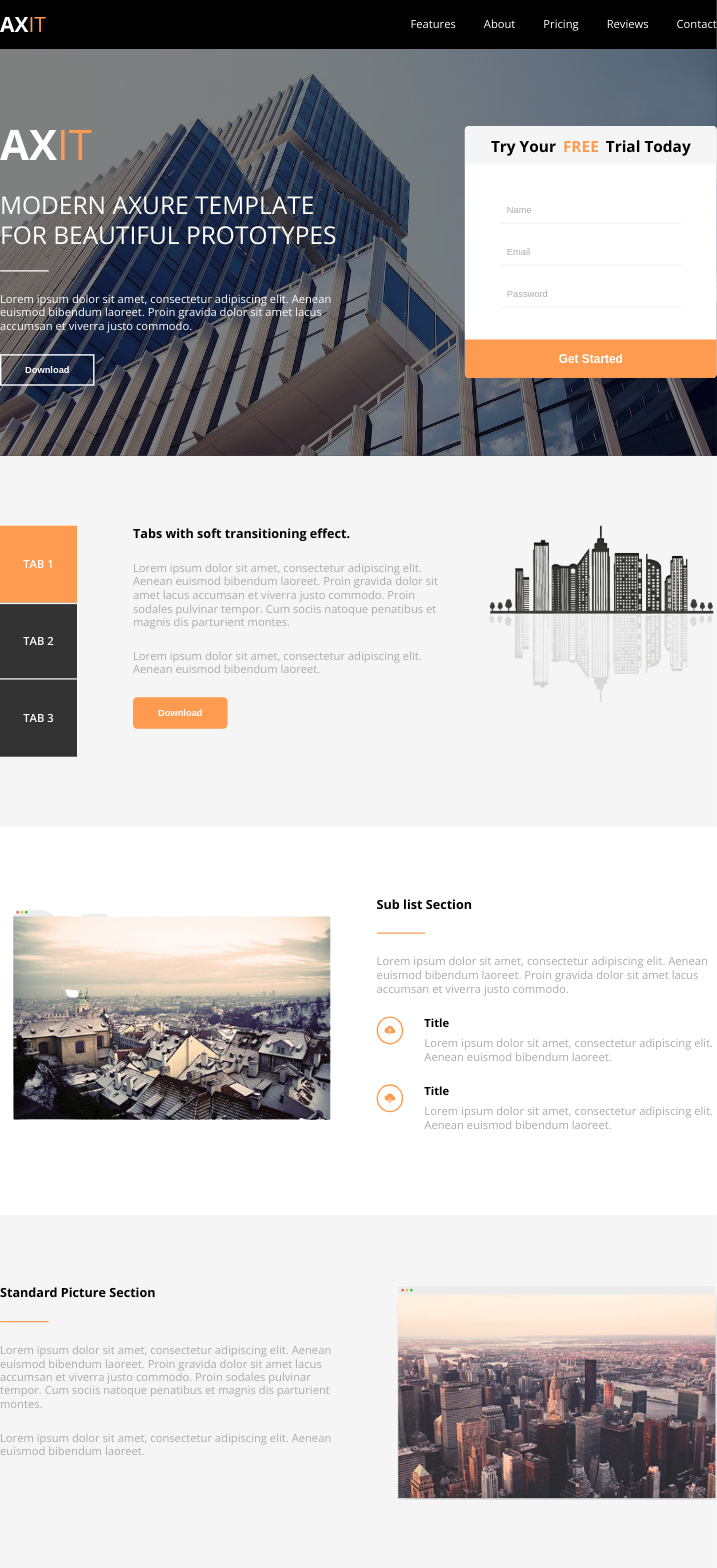
Repository: dinhtri123/axureThems
Page: index.html
An editor plug-in stored every save of this project. The page is shown before and after a run of saves, followed by the edit.
The browser window is 1024 px wide. The pictures show the part of the page from y = 0 to 2240 px (the page is 3894 px tall before and 2595 px after), at 70% of full size.

Above is the page before, as saved 2023-02-11 19:01:45.

### index.html
<!DOCTYPE html>
<html lang="en">
  <head>
    <meta charset="UTF-8" />
    <meta http-equiv="X-UA-Compatible" content="IE=edge" />
    <meta name="viewport" content="width=device-width, initial-scale=1.0" />
    <title>Axure Themes</title>
    <script
      type="module"
      src="https://unpkg.com/ionicons@5.5.2/dist/ionicons/ionicons.esm.js"
    ></script>
    <script
      nomodule
      src="https://unpkg.com/ionicons@5.5.2/dist/ionicons/ionicons.js"
    ></script>
    <link rel="stylesheet" href="style.css" />
  </head>
  <body>
    <header>
      <div class="container headerMain">
        <a href="index.html" class="logo">
          <span>AX</span>
          <span>IT</span>
        </a>
        <nav>
          <ul>
            <li><a href="#">Features</a></li>
            <li><a href="#">About</a></li>
            <li><a href="#">Pricing</a></li>
            <li><a href="#">Reviews</a></li>
            <li><a href="#">Contact</a></li>
          </ul>
        </nav>
      </div>
    </header>
    <div class="banner">
      <div class="imageBanner">
        <img src="./image/banner.jpeg" alt="" />
      </div>
      <div class="container bannerMain">
        <div class="bannerLeft">
          <a href="index.html" class="logo logoBanner">
            <span>AX</span>
            <span>IT</span>
          </a>
          <h3>MODERN AXURE TEMPLATE FOR BEAUTIFUL PROTOTYPES</h3>
          <span class="line"></span>
          <p>
            Lorem ipsum dolor sit amet, consectetur adipiscing elit. Aenean
            euismod bibendum laoreet. Proin gravida dolor sit amet lacus
            accumsan et viverra justo commodo.
          </p>
          <button class="btn">Download</button>
        </div>
        <div class="bannerRight">
          <form autocomplete="off" class="formBanner">
            <h3>Try Your <span>FREE</span> Trial Today</h3>
            <div class="inputForm">
              <input type="text" name="name" id="name" placeholder="Name" />
              <input type="email" name="email" id="email" placeholder="Email" />
              <input
                type="password"
                name="password"
                id="password"
                placeholder="Password"
              />
            </div>
            <button class="btnForm">Get Started</button>
          </form>
        </div>
      </div>
    </div>
    <main>
      <div class="mainTabs">
        <div class="container mainTabsContent">
          <div class="tabsLeft">
            <div class="tabsNumber">
              <span class="tabs active" onclick="showTab(event,'tab1')">TAB 1</span>
              <span class="tabs" onclick="showTab(event,'tab2')">TAB 2</span>
              <span class="tabs" onclick="showTab(event,'tab3')">TAB 3</span>
            </div>
            <div class="tabsContent" id="tab1">
              <h3>Tabs with soft transitioning effect.</h3>
              <p>
                Lorem ipsum dolor sit amet, consectetur adipiscing elit. Aenean
                euismod bibendum laoreet. Proin gravida dolor sit amet lacus
                accumsan et viverra justo commodo. Proin sodales pulvinar
                tempor. Cum sociis natoque penatibus et magnis dis parturient
                montes.
              </p>
              <p>
                Lorem ipsum dolor sit amet, consectetur adipiscing elit. Aenean
                euismod bibendum laoreet.
              </p>
              <button class="btn btnTabs">Download</button>
            </div>
            <div class="tabsContent" id="tab2">
                <h3>Tabs 2 with soft transitioning effect.</h3>
                <p>
                  Lorem ipsum dolor sit amet, consectetur adipiscing elit. Aenean
                  euismod bibendum laoreet. Proin gravida dolor sit amet lacus
                  accumsan et viverra justo commodo. Proin sodales pulvinar
                  tempor. Cum sociis natoque penatibus et magnis dis parturient
                  montes.
                </p>
                <p>
                  Lorem ipsum dolor sit amet, consectetur adipiscing elit. Aenean
                  euismod bibendum laoreet.
                </p>
                <button class="btn btnTabs">Download</button>
              </div>
              <div class="tabsContent" id="tab3">
                <h3>Tabs 3 with soft transitioning effect.</h3>
                <p>
                  Lorem ipsum dolor sit amet, consectetur adipiscing elit. Aenean
                  euismod bibendum laoreet. Proin gravida dolor sit amet lacus
                  accumsan et viverra justo commodo. Proin sodales pulvinar
                  tempor. Cum sociis natoque penatibus et magnis dis parturient
                  montes.
                </p>
                <p>
                  Lorem ipsum dolor sit amet, consectetur adipiscing elit. Aenean
                  euismod bibendum laoreet.
                </p>
                <button class="btn btnTabs">Download</button>
              </div>
          </div>
          <div class="tabsRight">
            <img src="./image/img.png" alt="" />
          </div>
        </div>
      </div>
      <div class="mainSublist">
        <div class="container sublistMain">
          <div class="subLeft">
            <img src="./image/img2.png" alt="" />
          </div>
          <div class="subRight">
            <h3>Sub list Section</h3>
            <span class="line lineSub"></span>
            <p>
              Lorem ipsum dolor sit amet, consectetur adipiscing elit. Aenean
              euismod bibendum laoreet. Proin gravida dolor sit amet lacus
              accumsan et viverra justo commodo.
            </p>
            <div class="subDesc">
              <div class="icon">
                <ion-icon name="cloud-upload"></ion-icon>
              </div>
              <div class="subDescItem">
                <h4>Title</h4>
                <p>
                  Lorem ipsum dolor sit amet, consectetur adipiscing elit.
                  Aenean euismod bibendum laoreet.
                </p>
              </div>
            </div>
            <div class="subDesc">
              <div class="icon">
                <ion-icon name="cloud-download"></ion-icon>
              </div>
              <div class="subDescItem">
                <h4>Title</h4>
                <p>
                  Lorem ipsum dolor sit amet, consectetur adipiscing elit.
                  Aenean euismod bibendum laoreet.
                </p>
              </div>
            </div>
          </div>
        </div>
      </div>
      <div class="mainSection">
        <div class="container sectionContent">
          <div class="sectionLeft">
            <h3>Standard Picture Section</h3>
            <span class="line sectionLine"></span>
            <p>
              Lorem ipsum dolor sit amet, consectetur adipiscing elit. Aenean
              euismod bibendum laoreet. Proin gravida dolor sit amet lacus
              accumsan et viverra justo commodo. Proin sodales pulvinar tempor.
              Cum sociis natoque penatibus et magnis dis parturient montes.
            </p>
            <p>
              Lorem ipsum dolor sit amet, consectetur adipiscing elit. Aenean
              euismod bibendum laoreet.
            </p>
          </div>
          <div class="sectionRight">
            <img src="./image/img4.jpg" alt="" />
          </div>
        </div>
      </div>
      <div class="mainAwesome">
        <div class="container awesomeContent">
          <h2>WHY THIS IS AWESOME</h2>
          <span class="line lineSub"></span>
          <p>Lorem ipsum dolor sit amet, consectetur adipiscing elit.</p>
          <div class="awesomeItems">
            <div class="awesomeCard">
              <div class="icon iconAwesome">
                <ion-icon name="sunny"></ion-icon>
              </div>
              <h3>Thoughtfull Design</h3>
              <p>
                Lorem ipsum dolor sit amet, consectetur adipiscing elit. Aenean
                euismod bibendum laoreet. Proin gravida dolor sit amet lacus
                accumsan et viverra.
              </p>
            </div>
            <div class="awesomeCard">
              <div class="icon iconAwesome">
                <ion-icon name="radio"></ion-icon>
              </div>
              <h3>Well Carfted</h3>
              <p>
                Lorem ipsum dolor sit amet, consectetur adipiscing elit. Aenean
                euismod bibendum laoreet. Proin gravida dolor sit amet lacus
                accumsan et viverra.
              </p>
            </div>
            <div class="awesomeCard">
              <div class="icon iconAwesome">
                <ion-icon name="flash"></ion-icon>
              </div>
              <h3>Easy to Customer</h3>
              <p>
                Lorem ipsum dolor sit amet, consectetur adipiscing elit. Aenean
                euismod bibendum laoreet. Proin gravida dolor sit amet lacus
                accumsan et viverra.
              </p>
            </div>
          </div>
        </div>
      </div>
      <div class="mainStylish">
        <div class="stylishBanner">
          <img src="./image/banner12.jpeg" alt="" />
        </div>
        <div class="container stylishContent">
          <h2 class="stylishTitle">STYLISH AXURE DESIGN</h2>
          <span class="line"></span>
          <p>Use the sections you need, remove the ones you don't.  Create gorgeous prototypes faster than ever!</p>
          <button class="btn">Download</button>
        </div>
      </div>
      <div class="mainContact">
        <div class="container contactContent">
            <h2>CONTACT US</h2>
            <span class="line lineSub"></span>
            <p>Lorem ipsum dolor sit amet, consectetur adipiscing elit.</p>
            <div class="contactForm">
                <div class="contactLeft">

                    <input type="text" name="name" id="name" placeholder="Name" />
                  <input type="email" name="email" id="email" placeholder="Email" />
                  <input
                    type="text"
                    name="subject"
                    id="subject"
                    placeholder="Subject"
                  />
                </div>
                <div class="contactRight">
                    <textarea name="message" id="message" placeholder="Message"></textarea>
                </div>
            </div>
            <button class="btn btnContact">Send Message</button>
        </div>
      </div>
    </main>
    <footer>
            <div class="container footerMain">
                <div class="iconSocial">
                <ion-icon name="logo-facebook"></ion-icon>
                <ion-icon name="logo-twitter"></ion-icon>
                <ion-icon name="logo-google"></ion-icon>
                <ion-icon name="logo-pinterest"></ion-icon>
                <ion-icon name="logo-instagram"></ion-icon>
                <ion-icon name="logo-rss"></ion-icon>
                </div>
                <p>@2021 Axure Themes</p>
            </div>
    </footer>
  </body>
  <script src="./index.js"></script>
</html>

### style.css
@import url("https://fonts.googleapis.com/css2?family=Open+Sans:wght@400;500;600;700&display=swap");
* {
  margin: 0;
  padding: 0;
  box-sizing: border-box;
  scroll-behavior: smooth;
}
:root {
  --bg-black: #000;
  --bg-white: #fff;
  --bg-orange: #ff9b51;
  --bg-light: #f5f5f5;
  --bg-gray: #dfdfdf;
  --bg-text: #a9aaac;
}
body {
  font-family: "Open Sans", sans-serif;
  font-weight: 400;
  font-size: 16px;
  line-height: 1.2;
  width: 100%;
  max-height: 100vh;
  height: 100%;
  color: var(--bg-white);
}
button,
a,
input {
  cursor: pointer;
  text-decoration: none;
  border: none;
  outline: none;
}
.container {
  max-width: 1100px;
  width: 100%;
  height: 100%;
  margin: 0px auto;
}

header {
  width: 100%;
  height: 70px;
  background: var(--bg-black);
}
.headerMain {
  display: flex;
  justify-content: space-between;
  align-items: center;
}
.logo {
  display: flex;
  text-decoration: none;
  font-size: 30px;
}
.logo span:first-child {
  font-weight: 700;
  color: var(--bg-white);
}
.logo span:last-child {
  font-weight: 400;
  color: var(--bg-orange);
}
nav ul {
  display: flex;
  align-items: center;
  gap: 40px;
  list-style: none;
}
nav ul li a {
  text-decoration: none;
  color: var(--bg-white);
}

/* --------------------- */

/* --------BANNER------------ */

.banner {
  width: 100%;
  background: var(--bg-black);
  position: relative;
}
.imageBanner {
  position: absolute;
  inset: 0;
  width: 100%;
  height: 100%;
  z-index: 0;
  filter: brightness(0.5);
}
.imageBanner img {
  width: 100%;
  height: 100%;
  object-fit: cover;
}
.bannerMain {
  padding: 100px 0px;
  display: grid;
  grid-template-columns: repeat(2, 1fr);
  gap: 50px;
  z-index: 10;
  isolation: isolate;
}
.bannerLeft {
  display: flex;
  flex-direction: column;
  gap: 30px;
}
.bannerRight {
  display: flex;
  justify-content: end;
  align-items: center;
}

.logoBanner {
  font-size: 60px;
}
.bannerLeft > h3 {
  font-size: 35px;
  font-weight: 300;
}
.line {
  width: 70px;
  height: 2px;
  background-color: var(--bg-white);
  border-radius: 8px;
}

.btn {
  width: 135px;
  height: 45px;
  border: 2px solid var(--bg-white);
  display: flex;
  justify-content: center;
  align-items: center;
  font-weight: 600;
  background: transparent;
  color: var(--bg-white);
}

.formBanner {
  width: 360px;
  height: 360px;
  border-radius: 6px;
  background: var(--bg-white);
  display: flex;
  flex-direction: column;
  justify-content: space-between;
  align-items: center;
  overflow: hidden;
}
.formBanner > h3 {
  width: 100%;
  height: 55px;
  font-size: 22px;
  color: var(--bg-black);
  font-weight: 700;
  background: var(--bg-light);
  display: flex;
  justify-content: center;
  align-items: center;
}
.formBanner > h3 > span {
  color: var(--bg-orange);
  padding: 0px 10px;
}
.inputForm {
  width: 100%;
  height: 250px;
  padding: 0px 50px;
  display: flex;
  flex-direction: column;
  justify-content: center;
  gap: 20px;
}
input {
  border: none;
  border-bottom: 2px solid var(--bg-light);
  padding: 0px 10px;
  width: 100%;
  height: 40px;
  outline: none;
}
input::placeholder {
  color: var(--bg-text);
}
.btnForm {
  width: 100%;
  height: 55px;
  background: var(--bg-orange);
  display: flex;
  justify-content: center;
  align-items: center;
  font-weight: 600;
  color: var(--bg-white);
  border: none;
  outline: none;
  font-size: 17px;
}
/* -------------------------- */

/* -----main------- */

.mainTabs {
  width: 100%;
  background: var(--bg-light);
}

.mainTabsContent {
  width: 100%;
  padding: 100px 0px;
  color: var(--bg-black);
  display: grid;
  grid-template-columns: 2fr 1fr;
  gap: 50px;
}
.tabsLeft {
  display: flex;
  gap: 80px;
}

.tabsNumber {
  display: flex;
  flex-direction: column;
}
.tabsNumber .tabs {
  width: 110px;
  height: 110px;
  display: flex;
  justify-content: center;
  align-items: center;
  color: var(--bg-white);
  background: #333333;
  cursor: pointer;
  font-weight: 600;
}
.tabsNumber span:nth-child(2) {
  border-top: 2px solid var(--bg-light);
  border-bottom: 2px solid var(--bg-light);
}

.tabsContent {
  display: flex;
  gap: 30px;
  flex-direction: column;
}

.tabsContent p {
  color: var(--bg-text);
}
.btnTabs {
  background: var(--bg-orange);
  border: none;
  border-radius: 6px;
}
.lineSub {
  background: var(--bg-orange);
}

.sublistMain {
  width: 100%;
  padding: 100px 0px;
  display: grid;
  grid-template-columns: 1fr 1fr;
  gap: 50px;
}

.subRight {
  display: flex;
  flex-direction: column;
  gap: 30px;
  color: var(--bg-black);
}
h3 {
  font-size: 18px;
}
.subRight p {
  color: var(--bg-text);
}

.subDesc {
  display: flex;
  gap: 30px;
}
.icon {
  width: 60px;
  height: 40px;
  border: 2px solid var(--bg-orange);
  display: flex;
  justify-content: center;
  align-items: center;
  color: var(--bg-orange);
  border-radius: 50%;
}
.subDescItem {
  display: flex;
  flex-direction: column;
  gap: 10px;
}
.subDescItem > p {
  color: var(--bg-text);
}

.mainSection {
  width: 100%;
  background: var(--bg-light);
}
.sectionContent {
  width: 100%;
  padding: 100px 0px;
  display: grid;
  grid-template-columns: 1fr 1fr;
  gap: 50px;
}
.sectionLeft {
  display: flex;
  flex-direction: column;
  gap: 30px;
  color: var(--bg-black);
}
.sectionLine {
  background-color: var(--bg-orange);
}
.sectionLeft p {
  color: var(--bg-text);
}
.sectionRight {
  display: flex;
  justify-content: end;
}

.awesomeContent {
  width: 100%;
  padding: 100px 0px;
  display: flex;
  flex-direction: column;
  align-items: center;
  gap: 30px;
  color: var(--bg-black);
}
h2 {
  font-size: 40px;
  font-weight: 400;
}
.awesomeContent p {
  color: var(--bg-text);
  text-align: center;
}
.iconAwesome {
  width: 70px;
  height: 70px;
  font-size: 25px;
}
.awesomeItems {
  display: grid;
  grid-template-columns: repeat(3, 1fr);
  gap: 40px;
  margin-top: 20px;
}
.awesomeCard {
  display: flex;
  flex-direction: column;
  gap: 30px;
  align-items: center;
}

.mainStylish {
  position: relative;
  width: 100%;
}
.stylishBanner {
  position: absolute;
  inset: 0;
  width: 100%;
  height: 100%;
  filter: brightness(0.5);
  z-index: -1;
}
.stylishBanner img {
  width: 100%;
  height: 100%;
  object-fit: cover;
}
.stylishContent {
  display: flex;
  flex-direction: column;
  gap: 30px;
  align-items: center;
  padding: 80px 0px;
}
.stylishTitle {
  color: var(--bg-white);
}
.stylishContent p {
  color: var(--bg-text);
}

.contactContent {
  width: 100%;
  padding: 100px 0px;
  display: flex;
  flex-direction: column;
  gap: 30px;
  align-items: center;
}

.contactContent p {
  color: var(--bg-text);
}
.contactForm {
  width: 100%;
  display: grid;
  grid-template-columns: 1fr 1fr;
  gap: 50px;
}
.contactLeft {
  display: flex;
  flex-direction: column;
  gap: 20px;
}
.contactContent h2 {
  color: var(--bg-black);
}

textarea {
  width: 100%;
  height: 100%;

  border: none;
  outline: none;
  border-bottom: 2px solid var(--bg-light);
  padding: 5px 10px;
}
textarea::placeholder {
  font-size: 16px;
  color: var(--bg-text);
}
.btnContact {
  background: var(--bg-orange);
  font-weight: 500;
  border-radius: 6px;
  margin: auto;
}

/* ---------- */

footer {
  width: 100%;
  background: var(--bg-black);
}
.footerMain {
  padding: 20px 0px;
  display: flex;
  flex-direction: column;
  align-items: center;
  gap: 10px;
}
.iconSocial {
  display: flex;
  gap: 20px;
  align-items: center;
  color: var(--bg-text);
  font-size: 20px;
  cursor: pointer;
}
footer p {
  font-size: 14px;
  color: var(--bg-text);
}
.tabs.active {
  background-color: var(--bg-orange);
}
#tab2, #tab3 {
  display: none;
}
#tab1 {
  display: flex;
}



/* -----responsive------------ */

@media screen and (max-width: 1100px) {
  .container{
    max-width
  }
}

### index.js

const tabs = document.querySelectorAll(".tabs");
const tabsContent = document.querySelectorAll(".tabsContent");
function showTab(e, content) {
  console.log(tabsContent)
  for (let i = 0;i < tabsContent.length; i++) {
    tabsContent[i].style.display = "none";
  }
  for (let i = 0; i < tabs.length; i++) {
    tabs[i].className = tabs[i].className.replace("active", " ");
  }
  document.getElementById(content).style.display = "flex";
    e.target.className += " active";
}

After the next 2 saves:
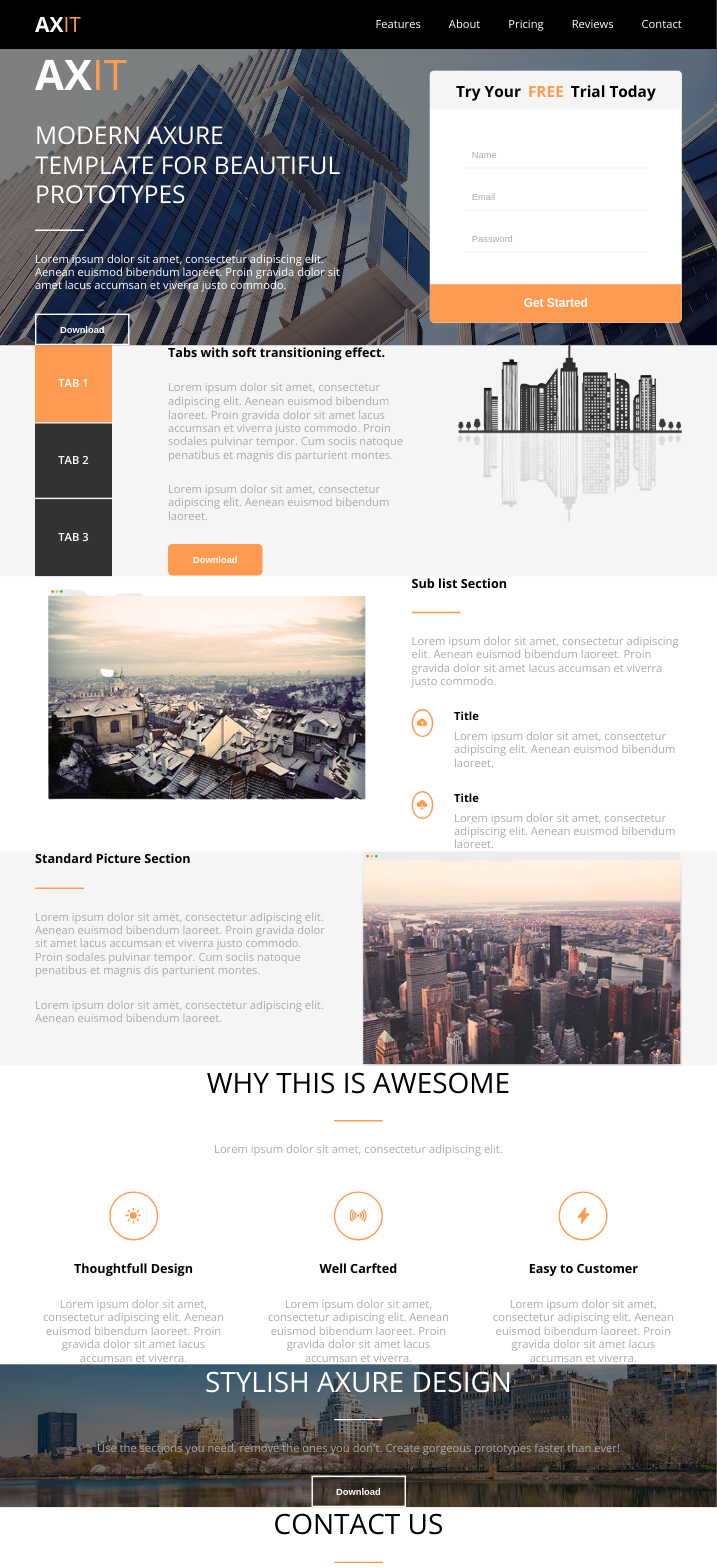
The 2 saves are shown as one change because they came seconds apart.
The last was saved 10 s later.
--- a/style.css
+++ b/style.css
@@ -484,6 +484,6 @@ footer p {
 
 @media screen and (max-width: 1100px) {
   .container{
-    max-width
+  padding:0px  50px;
   }
 }
